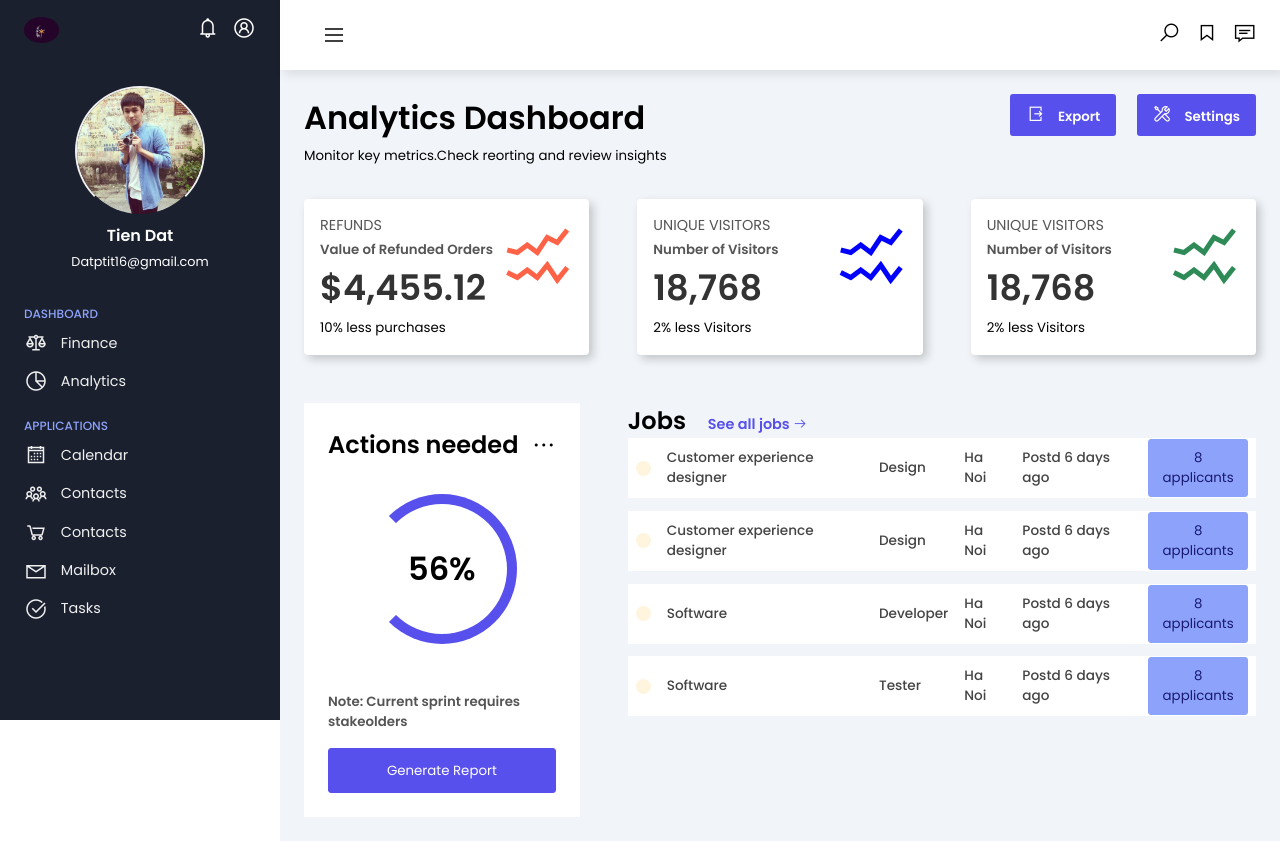
Repository: Datt21/dashboard-fe-project
Page: index.html
The author's editor kept a copy of each file at every save. The page is drawn from the files as they stood at one save, then again after the next save.
The browser window is 1280 px wide. The pictures show the whole page.

Above is the page before, as saved 2021-06-08 20:54:48.

After the next save:
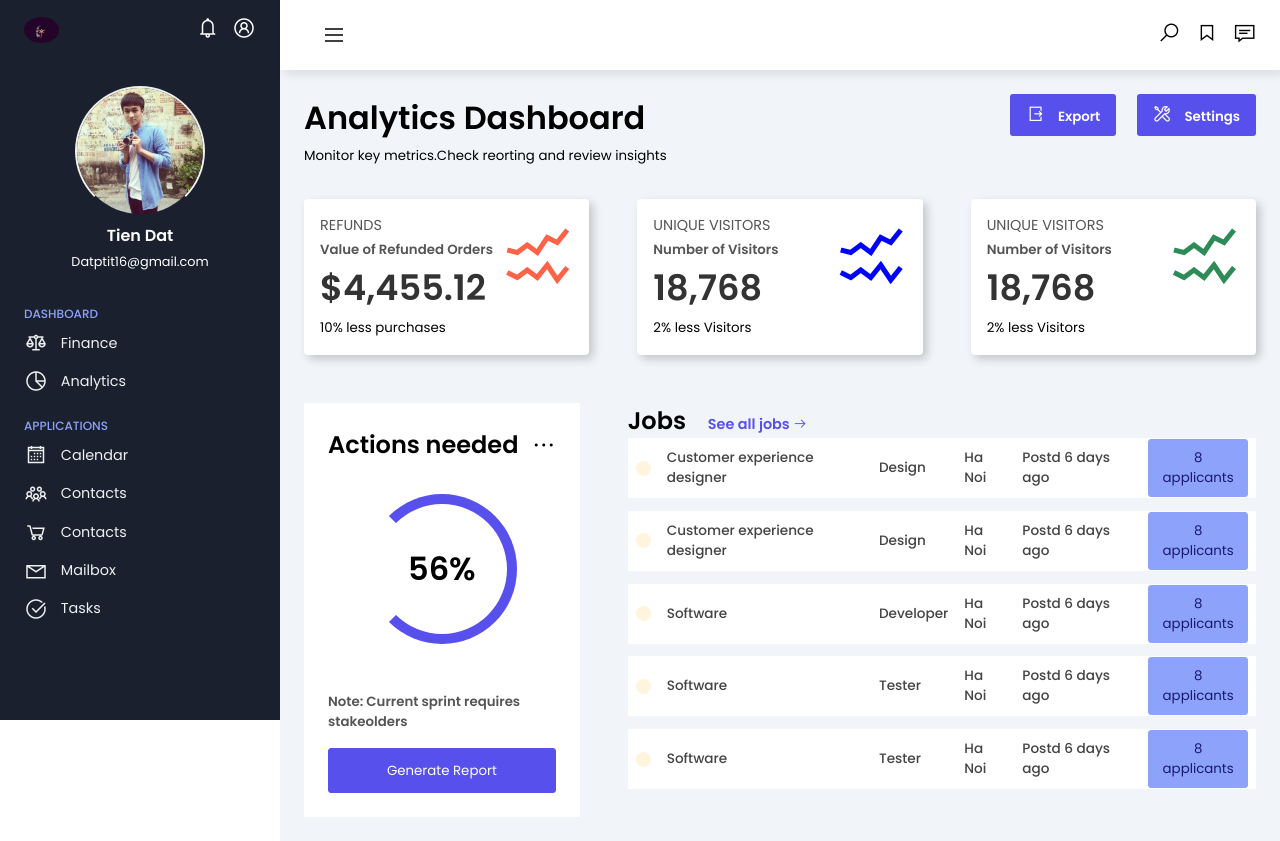
Saved 41 s later.
--- a/index.html
+++ b/index.html
@@ -307,6 +307,30 @@
                                     </div>
                                 </td>
                             </tr>
+                            <tr>
+                                <td>
+                                    <div>
+                                        <span class="indicator even"></span>
+                                    </div>
+                                </td>
+                                <td>
+                                    <div>Software</div>
+                                </td>
+                                <td>
+                                    <div>Tester</div>
+                                </td>
+                                <td>
+                                    <div>Ha Noi</div>
+                                </td>
+                                <td>
+                                    <div>Postd 6 days ago</div>
+                                </td>
+                                <td>
+                                    <div>
+                                        <button>8 applicants</button>
+                                    </div>
+                                </td>
+                            </tr>
 
                         </tbody>
                     </table>
